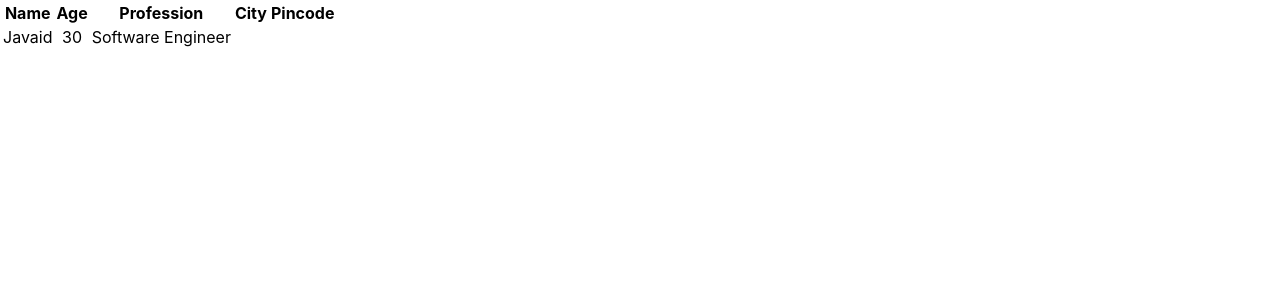
Repository: JavaidAhmadKhan/framer-motion-reacr
Page: /
An editor plug-in stored every save of this project. The page is shown before and after a run of saves, followed by the edit.
The browser window is 1280 px wide. The pictures show the whole page.
The project was rebuilt for these pictures with package versions that can differ from the ones it lists, and the page was loaded fresh each time.

Above is the page before, as saved 2022-05-19 17:41:57.

After the next 2 saves:
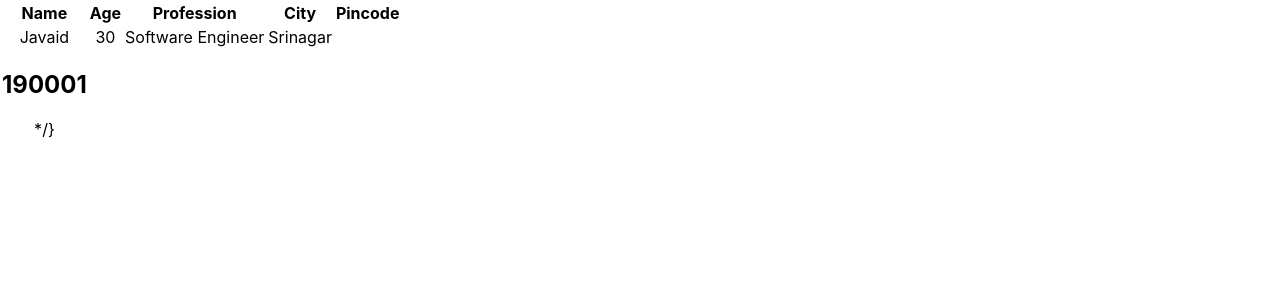
The 2 saves are shown as one change because they came seconds apart.
The last was saved 37 s later.
--- a/src/App.js
+++ b/src/App.js
@@ -33,10 +33,8 @@ class App extends Component {
             <td>{this.state.name}</td>
             <td>{this.state.age}</td>
             <td>{this.state.profession}</td>
+            <td>{this.state.address.city}</td>
           </tr>
-
-          {/* <h2>{this.state.profession}</h2>
-          <h2>{this.state.address.city}</h2>
           <h2>{this.state.address.pincode}</h2> */}
         </table>
       </div>
